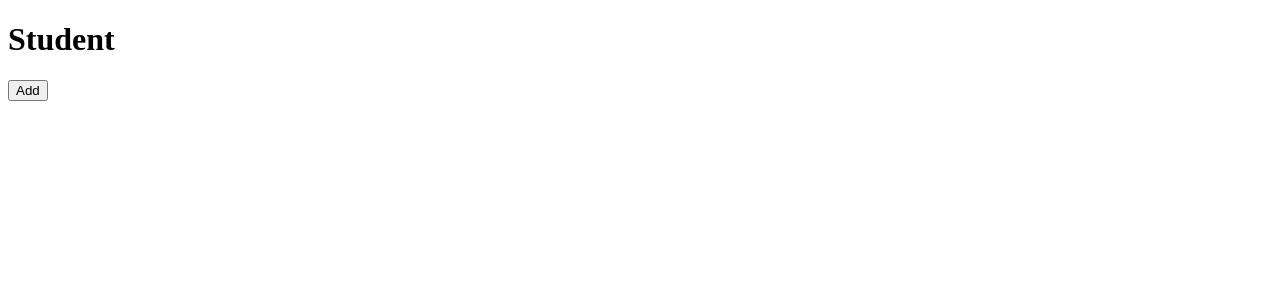
Repository: mannu343/project
Page: student/src/main/webapp/Home.html
These files come from the project's save history. The page is drawn as it stood at one moment and after the next save; the edit follows.
The browser window is 1280 px wide. The pictures show the whole page.

Above is the page before, as saved 2023-02-04 05:50:30.

After the next save:
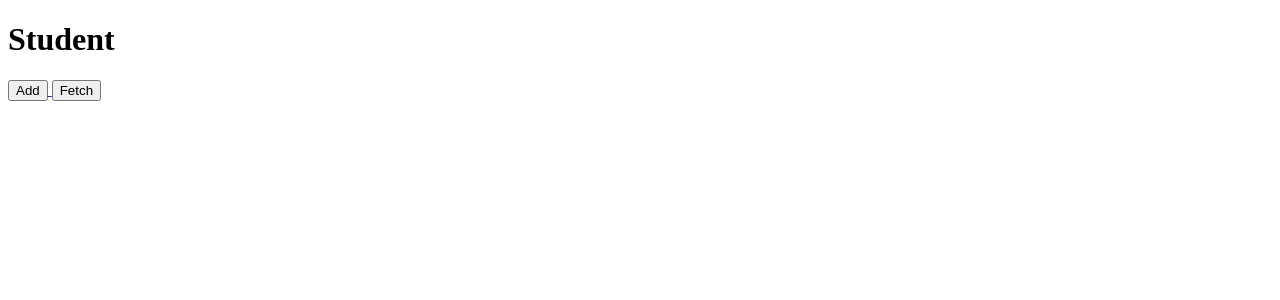
Saved 43 s later.
--- a/student/src/main/webapp/Home.html
+++ b/student/src/main/webapp/Home.html
@@ -7,7 +7,7 @@
 <body>
 <h1>Student </h1>
 <a href=""> <button>Add</button> </a>
-<a href=""></a>
+<a href=""> <button>Fetch</button> </a>
 
 </body>
 </html>
